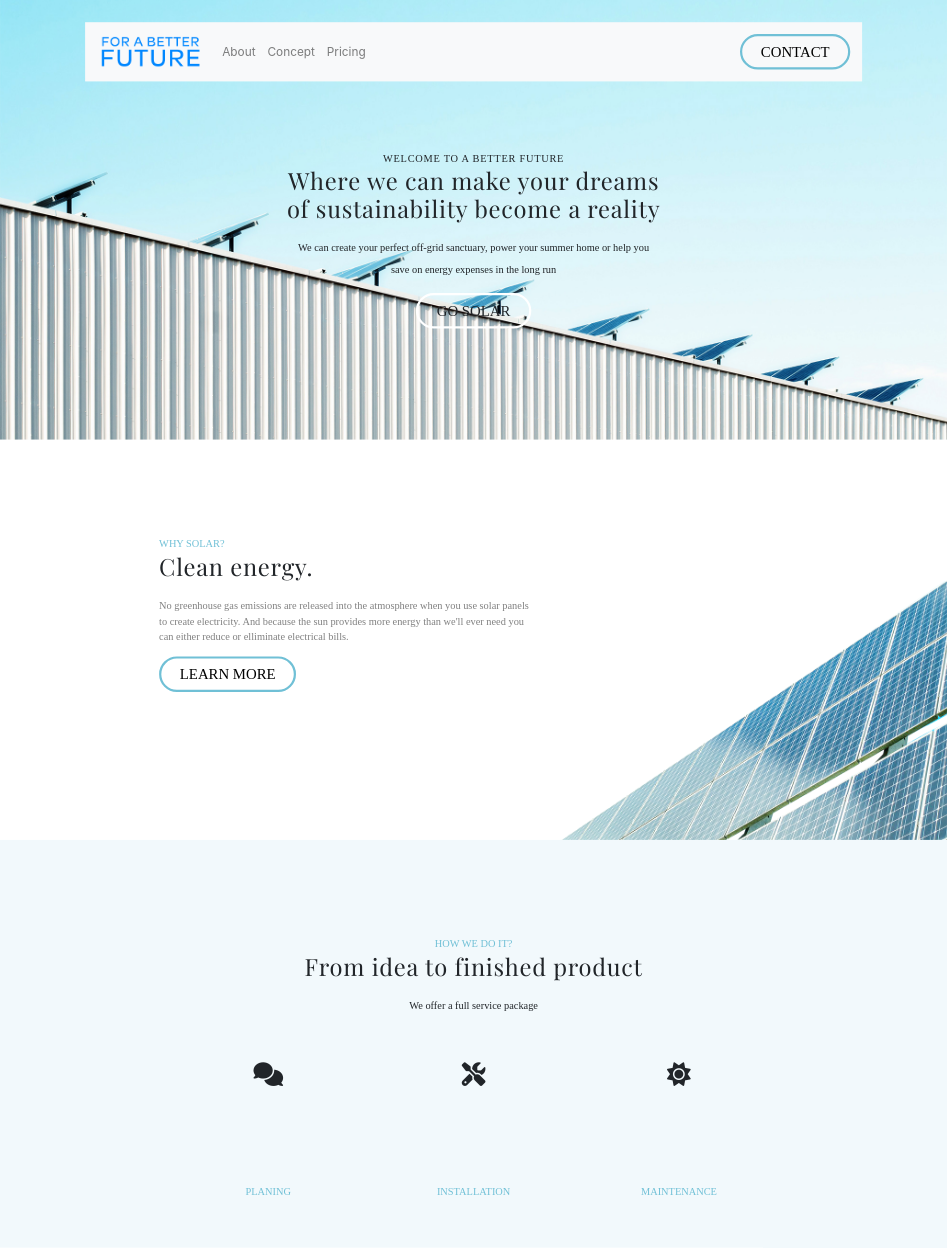
Repository: sabinemm/fabf
Page: index.html
The author's editor kept a record of every edit. The page is drawn from the files as they stood at one moment, then again after the next edit.
The browser window is 1280 px wide. The pictures show the whole page, at 74% of full size.
Backgrounds fixed to the window are drawn as part of the page. Some web fonts or font styles are not loaded; a fallback is used. Some web libraries are served in a nearby version.

Above is the page before.

### index.html
<!DOCTYPE html>
<html lang="en">

<head>
    <meta charset="UTF-8">
    <meta name="viewport" content="width=device-width, initial-scale=1.0">
    <meta http-equiv="X-UA-Compatible" content="ie=edge">
    <link rel="stylesheet" href="style.css" type="text/css" />
    <link rel="stylesheet" href="https://stackpath.bootstrapcdn.com/bootstrap/4.3.1/css/bootstrap.min.css" integrity="sha384-ggOyR0iXCbMQv3Xipma34MD+dH/1fQ784/j6cY/iJTQUOhcWr7x9JvoRxT2MZw1T" crossorigin="anonymous">
    <link rel="stylesheet" media="screen" href="https://fontlibrary.org/face/roundo" type="text/css" />
    <link rel="stylesheet" media="screen" href="https://fontlibrary.org/face/source-sans-pro" type="text/css" />
    <link href="https://fonts.googleapis.com/css?family=Playfair+Display&display=swap" rel="stylesheet">
    <script src="https://kit.fontawesome.com/7e530e9396.js"></script>
    <title>FOR A BETTER FUTURE</title>
</head>

<body>

    <!–-----– NAVBAR ------->

    <div class="container">
        <nav class="navbar navbar-fixed-top navbar-expand-lg navbar-light bg-light">
            <a class="navbar-brand" href="#">
          <img src="img/logo.svg" height="50px"alt="logo">
        </a>
            <button class="navbar-toggler" type="button" data-toggle="collapse" data-target="#navbarText" aria-controls="navbarText" aria-expanded="false" aria-label="Toggle navigation">
    <span class="navbar-toggler-icon"></span>
  </button>
            <div class="collapse navbar-collapse justify-content-center" id="navbarText">
                <ul class="navbar-nav mr-auto">
                    <li class="nav-item">
                        <a class="nav-link" href="#">About</a>
                    </li>
                    <li class="nav-item">
                        <a class="nav-link" href="#">Concept</a>
                    </li>
                    <li class="nav-item">
                        <a class="nav-link" href="#">Pricing</a>
                    </li>
                </ul>
                <span class="navbar-text">
          <button type="button" class="btn btn-blue-border">CONTACT</button>
    </span>
            </div>
        </nav>
    </div>

    <!–-----– FIRST SECTION ------->

    <section id="parallax">
        <div class="container">
            <div class="ltitle text-center">
                <p class="uppercase stitle">WELCOME TO A BETTER FUTURE</p>
                <h2> Where we can make your dreams <br> of sustainability become a reality </h2>
                <p class="tparagraph"> We can create your perfect off-grid sanctuary, power your summer home or help you <br> save on energy expenses in the long run</p>
                <button type="button" class="btn  btn-transp-white-border">GO SOLAR</button>
            </div>
        </div>
    </section>

    <!–-----– SECOND SECTION ------->

    <section id="clean">
        <div class="container container-fluid section-2">
            <div class="row">
                <div class="col col-md-6">
                    <p class="uppercase stitle stitle-blue">WHY SOLAR?</p>
                    <h2 class="ltitle ltitle2"> Clean energy.</h2>
                    <p class="tparagraph tparagraph2"> No greenhouse gas emissions are released into the atmosphere when you use solar panels to create electricity. And because the sun provides more energy than we'll ever need you can either reduce or elliminate electrical bills. </p>
                    <button type="button" class="btn btn-blue-border">LEARN MORE</button>

                </div>
            </div>

            <div class="container">
                <div class="col col-md-6 offset-md-6">
                    <img src="img/sidepanel.png" class="sidepanel"></img>
                </div>
            </div>
        </div>

    </section>

    <!–-----– THIRD SECTION ------->

    <section id="idea">
        <div class="idea-title text-center">
            <p class="uppercase stitle stitle-blue">HOW WE DO IT?</p>
            <h2 class="ltitle ltitle2"> From idea to finished product</h2>
            <p class="tparagraph">We offer a full service package</p>

        </div>
        <div class="container container-fluid ">
            <div class="row m-auto text-center justify-content-center">
                <div class=" col-sm-3 col-md-3">
                   <div class="icons"><i class="fas fa-comments fa-2x"></i></div>
                     <p class="uppercase stitle stitle-blue stitlen">PLANING</p>
                </div>
                <div class="col-sm-3 col-md-3">
                    <div class="icon"><i class="fas fa-tools fa-2x"></i></div>
                     <p class="uppercase stitle stitle-blue stitlen">INSTALLATION</p>
                </div>
                <div class="col-sm-3 col-md-3">
                    <div class="icon"><i class="fas fa-sun fa-2x"></i></div>
                     <p class="uppercase stitle stitle-blue stitlen">MAINTENANCE</p>
                </div>
            </div>

        </div>

    </section>

</body>

</html>

### style.css

/*-------------------navbar------------------*/

.navbar {
    margin-top: 30px;
    margin-left: 30px;
    margin-right: 30px;

}

@media (max-width:536px) {
    .navbar {
        margin-top: 15px;
        margin-left: 10px;
        margin-right: 10px;
    }
}

/*-------------------Buttons------------------*/

.btn-transp-white-border,
.btn-transp-white-border:hover,
.btn-transp-white-border:active,
.btn-transp-white-border:visited,
.btn-transp-white-border:active:focus,
.btn-transp-white-border:focus {
    background-color: rgba(0, 0, 0, 0);
    border: solid 3px white !important;
    border-radius: 30px !important;
    color: white;
    text-align: center;
    text-decoration: none;
    display: inline-block;
    font-size: 20px !important;
    font-family: 'SourceSansProRegular';
    padding-left: 25px !important;
    padding-right: 25px !important;
}


.btn-transp-white-border:hover {
    background-color: rgba(255, 255, 255, 0.5);
    padding-left: 25px;
    padding-right: 25px;
}


.btn-blue-border,
.btn-blue-border:hover,
.btn-blue-border:active,
.btn-blue-border:visited,
.btn-blue-border:active:focus,
.btn-blue-border:focus {
    background-color: rgba(0, 0, 0, 0) !important;
    border: solid 3px rgb(112, 192, 214) !important;
    border-radius: 30px !important;
    color: black !important;
    text-align: center;
    text-decoration: none;
    display: inline-block;
    font-size: 20px !important;
    font-family: 'SourceSansProRegular';
    padding-left: 25px !important;
    padding-right: 25px!important;
}

.btn-blue-border:hover {
    background-color: rgba(112, 192, 214, 0.5) !important;
    padding-left: 25px;
    padding-right: 25px;
}


/*-------------------SECTION 1 PAGE 1------------------*/

#parallax {
    background: url(img/1page1section.jpg);
    background-attachment: fixed;
    background-position: bottom;
    background-repeat: no-repeat;
    background-size: cover;
    margin-top: -110px;
}

@media (max-width:536px) {
    #parallax {
        margin-top: -110px;
    }
}

.stitle {
    font-size: 14px;
    font-family: 'RoundoRegular';
    font-weight: 500;
    font-style: normal;
    margin-bottom: -5px;
}

.ltitle {
    padding-top: 200px;
    font-family: 'Playfair Display';
    letter-spacing: 1px;
    line-height: 30px;
    padding-bottom: 150px;
}

@media (max-width:768px) {
    .ltitle {
        padding-top: 150px;
        padding-bottom: 100px;
    }
}

.tparagraph {
    padding-top: 10px;
    font-family: 'SourceSansProRegular';
    font-weight: normal;
    font-style: normal;
    font-size: 14px;
    letter-spacing: 0;
}

@media (max-width:768px) {
    br {
        display: none !important;
        visibility: hidden;
    }
}

/*-------------------SECTION 2 PAGE 1------------------*/
#clean {
    padding-left: 0;
}
@media (min-width:768px) {
#clean {
    padding-left: 200px;
}
}


.stitle-blue {
    color:rgb(112, 192, 214);
    padding-top: 70px;

}

@media (min-width:768px) {
    .stitle-blue {
        padding-top: 130px;
    }
}

.ltitle2 {
padding-top: 10px;
padding-bottom: 10px;
}

.tparagraph2 {
    color: gray;

}

.section-2 {
  padding-bottom: 100px;
}

.sidepanel {
position:relative;
float: right;
height:400px;
margin-top: -150px;
margin-right: -45px;
z-index: -1;
}

/*-------------------SECTION 3 PAGE 1------------------*/

#idea {
    background-color: rgb(242, 249,252);
     padding-bottom: 70px;
}

.idea-title {;
    padding-bottom: 50px;
    margin-top: 100px;
}

/*.icon {
    font-size: 50px;

}

.stitlen {
    padding-top: 20px;
    padding-bottom: 50px;
}

After the next edit:
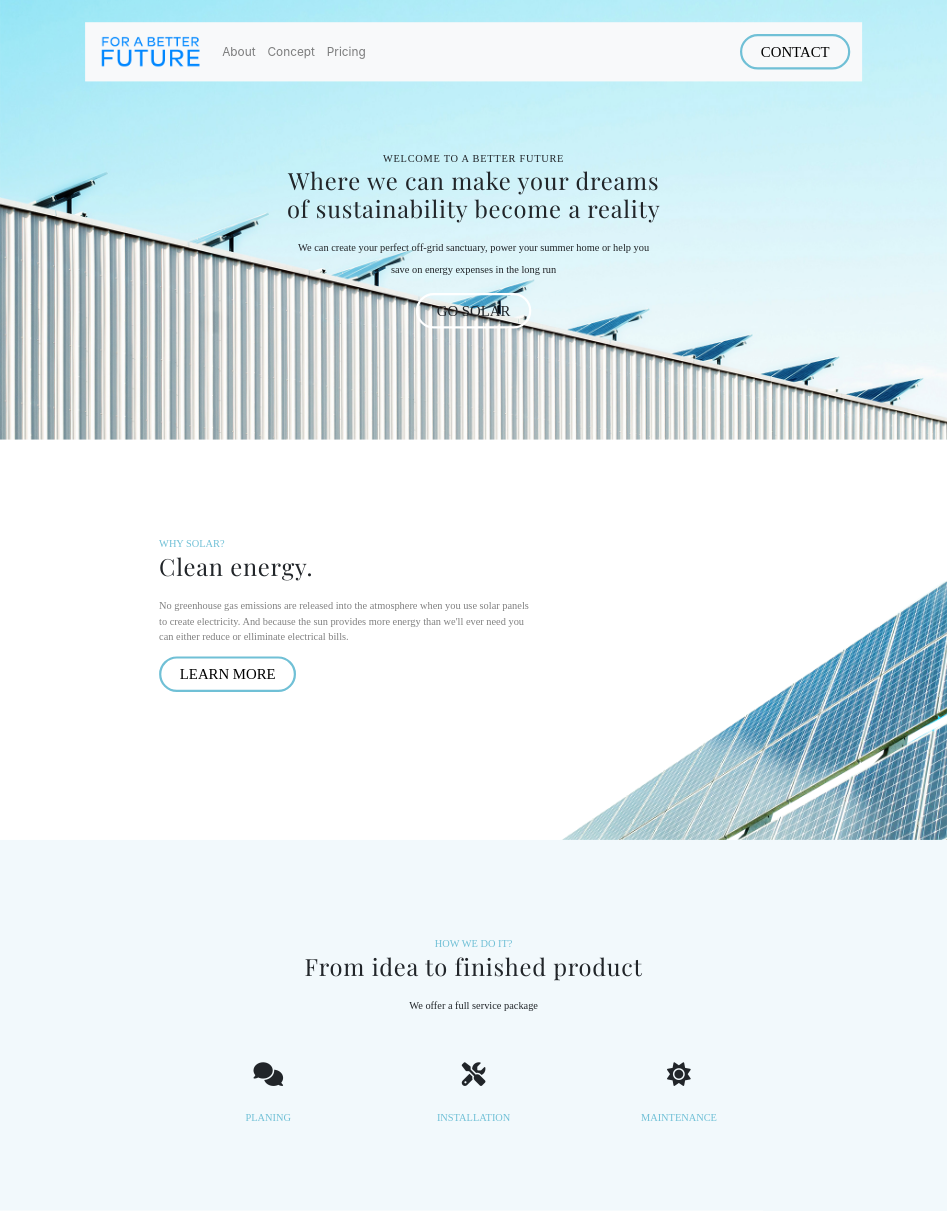
The edit:
--- a/style.css
+++ b/style.css
@@ -185,12 +185,8 @@
     margin-top: 100px;
 }
 
-/*.icon {
-    font-size: 50px;
-
-}
 
 .stitlen {
-    padding-top: 20px;
+    padding-top: 30px;
     padding-bottom: 50px;
 }
